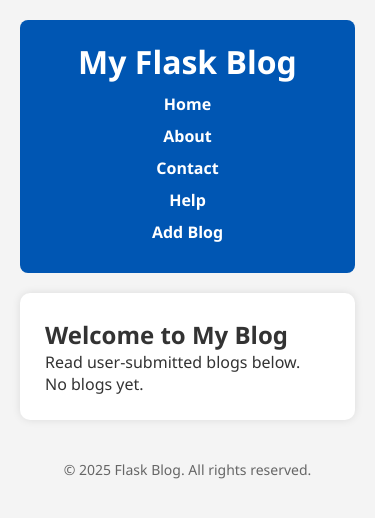
Repository: ankitg-02/FLASK
Page: http://localhost/
These files come from the project's save history. The page is drawn as it stood at one moment and after the next save; the edit follows.
The browser window is 375 px wide. The pictures show the whole page.
The page is served by the project's application, run on Flask 3 (app.py).

Above is the page before, as saved 2025-05-19 13:18:51.

### Project2/templates/index.html
{% extends 'base.html' %} {% block title %}Home - My Blog{% endblock %} {% block
content %}
<h2>Welcome to My Blog</h2>
<p>Read user-submitted blogs below.</p>

{% for blog in blogs %}
<div style="border: 1px solid #ccc; padding: 15px; margin-bottom: 15px">
  <h3>By {{ blog.name }}</h3>
  <p>
    <strong>Email:</strong> {{ blog.email }} | <strong>Phone:</strong> {{
    blog.phone }}
  </p>
  <p>{{ blog.content }}</p>
</div>
{% else %}
<p>No blogs yet.</p>
{% endfor %} {% endblock %}

### Project2/templates/base.html
<!DOCTYPE html>
<html lang="en">
  <head>
    <meta charset="UTF-8" />
    <title>{% block title %}My Blog{% endblock %}</title>
    <link
      rel="stylesheet"
      href="{{ url_for('static', filename='css/style.css') }}"
    />
  </head>
  <body>
    <header>
      <h1>My Flask Blog</h1>
      <nav>
        <a href="{{ url_for('index') }}">Home</a>
        <a href="{{ url_for('about') }}">About</a>
        <a href="{{ url_for('contact') }}">Contact</a>
        <a href="{{ url_for('help') }}">Help</a>
        <a href="{{ url_for('add_blog') }}">Add Blog</a>
      </nav>
    </header>
    <main>{% block content %}{% endblock %}</main>
    <footer>
      <p>&copy; 2025 Flask Blog. All rights reserved.</p>
    </footer>
  </body>
</html>

### Project2/app.py
from flask import Flask, render_template, request, redirect, url_for
from flask_sqlalchemy import SQLAlchemy
import os

app = Flask(__name__)
blogs = []
@app.route('/')
def index():
    return render_template('index.html', blogs=blogs)
@app.route('/about')
def about():
    return render_template('about.html')
@app.route('/contact')
def contact():
    return render_template('contact.html')
@app.route('/help')
def help():
    return render_template('help.html')
@app.route('/add_blog', methods=['GET', 'POST'])
def add_blog():
    if request.method == 'POST':
        # Get data from form
        name = request.form.get('name')
        email = request.form.get('email')
        phone = request.form.get('phone')
        content = request.form.get('content')

        # Save the blog entry
        blogs.append({
            'name': name,
            'email': email,
            'phone': phone,
            'content': content
        })

        return redirect(url_for('index'))

    return render_template('add_blog.html')
if __name__ == '__main__':
    app.run(debug=True)
    app.config['SQLALCHEMY_DATABASE_URI'] = os.getenv("DATABASE_URL", "sqlite:///local.db")  # fallback for dev
    app.config['SQLALCHEMY_TRACK_MODIFICATIONS'] = False
    db = SQLAlchemy(app)

class Blog(db.Model):
    id = db.Column(db.Integer, primary_key=True)
    name = db.Column(db.String(100))
    email = db.Column(db.String(120))
    phone = db.Column(db.String(15))
    content = db.Column(db.Text)

### Project2/static/css/style.css
* {
    margin: 0;
    padding: 0;
    box-sizing: border-box;
}

body {
    font-family: 'Segoe UI', sans-serif;
    background-color: #f4f4f4;
    color: #333;
    padding: 20px;
}

header {
    background-color: #0056b3;
    color: white;
    padding: 20px;
    text-align: center;
    border-radius: 8px;
}

nav {
    margin-top: 10px;
}

nav a {
    color: white;
    text-decoration: none;
    margin: 0 15px;
    font-weight: bold;
}

nav a:hover {
    color: #ffdd57;
}

main {
    background-color: white;
    padding: 25px;
    margin-top: 20px;
    border-radius: 10px;
    box-shadow: 0 0 8px rgba(0, 0, 0, 0.1);
}

footer {
    margin-top: 40px;
    text-align: center;
    color: #666;
    font-size: 14px;
}

@media (max-width: 600px) {
    nav a {
        display: block;
        margin: 10px 0;
    }
}

After the next save:
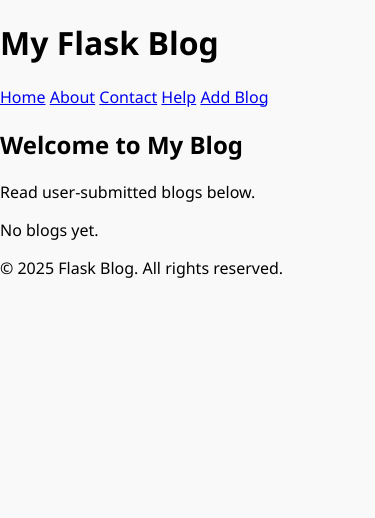
Saved 16 s later.
--- a/Project2/static/css/style.css
+++ b/Project2/static/css/style.css
@@ -1,57 +1,48 @@
-* {
+body {
+    font-family: 'Segoe UI', sans-serif;
+    background-color: #f9f9f9;
     margin: 0;
     padding: 0;
+}
+
+.form-container {
+    max-width: 600px;
+    margin: 30px auto;
+    background: #fff;
+    padding: 25px;
+    border-radius: 12px;
+    box-shadow: 0 0 10px rgba(0,0,0,0.1);
+}
+
+.blog-form label {
+    font-weight: 600;
+    margin-top: 15px;
+    display: block;
+}
+
+.blog-form input,
+.blog-form textarea {
+    width: 100%;
+    padding: 10px;
+    margin-top: 6px;
+    border: 1px solid #ccc;
+    border-radius: 6px;
+    font-size: 16px;
     box-sizing: border-box;
 }
 
-body {
-    font-family: 'Segoe UI', sans-serif;
-    background-color: #f4f4f4;
-    color: #333;
-    padding: 20px;
+.blog-form button {
+    margin-top: 20px;
+    padding: 10px 20px;
+    background-color: #0054a6;
+    color: white;
+    border: none;
+    border-radius: 6px;
+    font-size: 16px;
+    cursor: pointer;
+    transition: background 0.3s;
 }
 
-header {
-    background-color: #0056b3;
-    color: white;
-    padding: 20px;
-    text-align: center;
-    border-radius: 8px;
+.blog-form button:hover {
+    background-color: #003f7f;
 }
-
-nav {
-    margin-top: 10px;
-}
-
-nav a {
-    color: white;
-    text-decoration: none;
-    margin: 0 15px;
-    font-weight: bold;
-}
-
-nav a:hover {
-    color: #ffdd57;
-}
-
-main {
-    background-color: white;
-    padding: 25px;
-    margin-top: 20px;
-    border-radius: 10px;
-    box-shadow: 0 0 8px rgba(0, 0, 0, 0.1);
-}
-
-footer {
-    margin-top: 40px;
-    text-align: center;
-    color: #666;
-    font-size: 14px;
-}
-
-@media (max-width: 600px) {
-    nav a {
-        display: block;
-        margin: 10px 0;
-    }
-}
